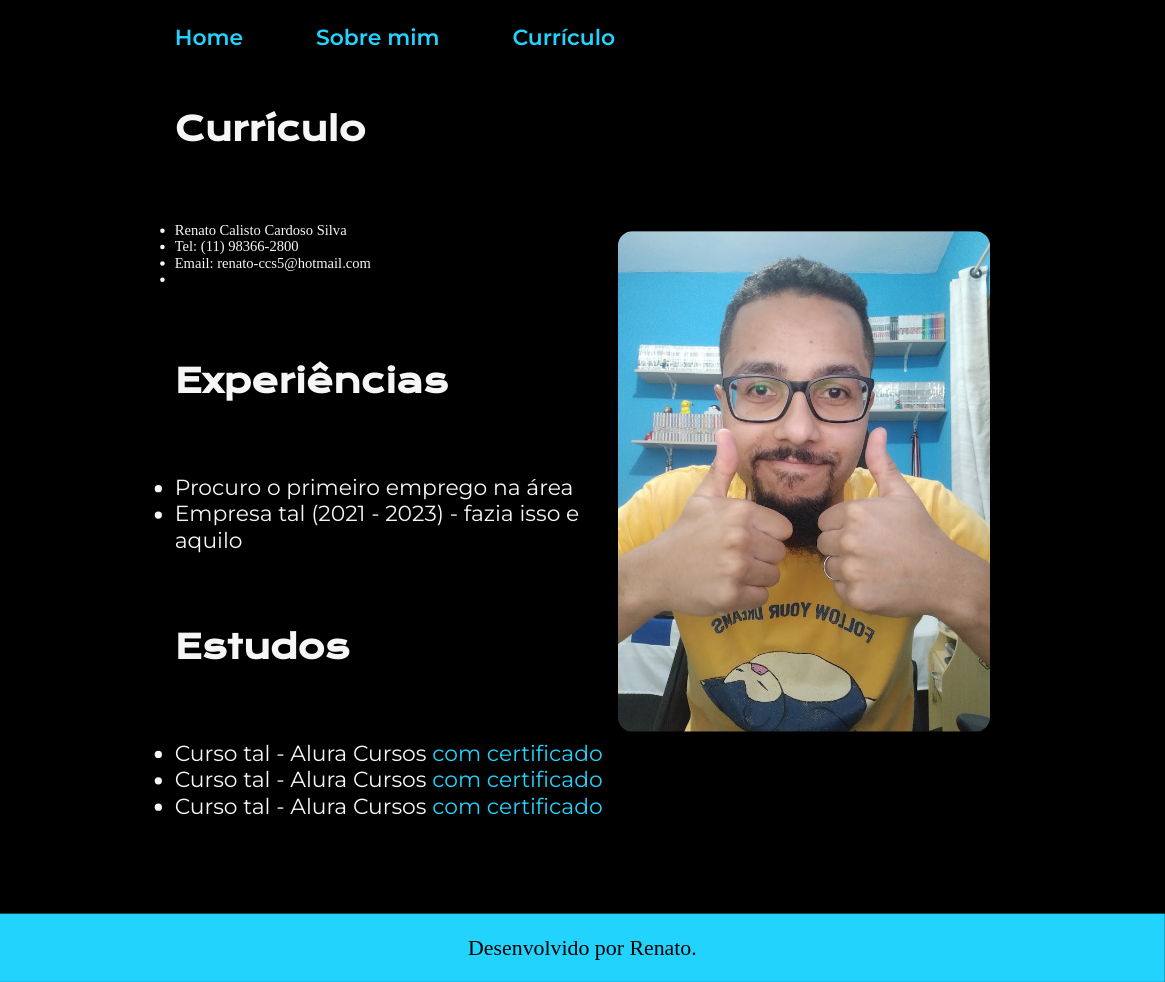
Repository: RenatoCCS/Portfolio_Alura
Page: curriculo.html
The author's editor kept a copy of each file at every save. The page is drawn from the files as they stood at one save, then again after the next save.
The browser window is 1280 px wide. The pictures show the whole page, at 91% of full size.

Above is the page before, as saved 2023-03-06 20:26:40.

### curriculo.html
<!DOCTYPE html>
<html lang="pt-br">
  <head>
    <meta charset="UTF-8" />
    <meta http-equiv="X-UA-Compatible" content="IE=edge" />
    <meta name="viewport" content="width=device-width, initial-scale=1.0" />
    <title>Currículo</title>
    <link rel="stylesheet" href="./styles/style.css" />
  </head>

  <body>
    <header class="cabecalho">
      <nav class="cabecalho__menu">
        <a class="cabecalho__menu__link" href="index.html">Home</a>
        <a class="cabecalho__menu__link" href="about.html">Sobre mim</a>
        <a class="cabecalho__menu__link" href="curriculo.html">Currículo</a>
      </nav>
    </header>

    <main class="apresentacao">
      <section class="apresentacao__conteudo">
          <h1 class="apresentacao__conteudo__titulo">Currículo</h1>
          <p class="apresentacao__conteudo__texto">
              <ul>
                <li>Renato Calisto Cardoso Silva</li>
                <li>Tel: (11) 98366-2800</li>
                <li>Email: renato-ccs5@hotmail.com</li>
                <li></li>
              </ul>
          </p>
          <h2 class="apresentacao__conteudo__titulo">Experiências</h2>
          <p class="apresentacao__conteudo__texto">
          <ul class="apresentacao__conteudo__texto">
              <li> Procuro o primeiro emprego na área </li>
              <li> Empresa tal (2021 - 2023) - fazia isso e aquilo </li>
          </ul>
          </p>
          <h2 class="apresentacao__conteudo__titulo">Estudos</h2>
          <p class="apresentacao__conteudo__texto">
          <ul class="apresentacao__conteudo__texto">
              <li>Curso tal - Alura Cursos <a href="linkdocertificado">com certificado</a> </li>
              <li>Curso tal - Alura Cursos <a href="linkdocertificado">com certificado</a></li>
              <li>Curso tal - Alura Cursos <a href="linkdocertificado">com certificado</a></li>
          </ul>
          </p>
      </section>
      <img class="apresentacao__foto"
      src="./assets/renato.jpg" alt="Foto da Joana Santos programando">
  </main>

    <footer class="rodape"><p>Desenvolvido por Renato.</p></footer>
  </body>
</html>

### styles/style.css
@import url('https://fonts.googleapis.com/css2?family=Krona+One&family=Montserrat:wght@400;600&display=swap');

* {
  margin: 0;
  padding: 0;
}

body {
  /* height: 100vh; */
  box-sizing: border-box;
  background-color: #000000;
  color: #f6f6f6;
}

.cabecalho {
  padding: 2% 0% 0% 15%;
}

.cabecalho__menu {
  display: flex;
  gap: 80px;
}

.cabecalho__menu__link {
  font-family: 'Montserrat', sans-serif;
  font-size: 24px;
  font-weight: 600;
  color: #22d4fd;
  text-decoration: none;
}

.apresentacao {
  padding: 5% 15%;
  display: flex;
  align-items: center;
  justify-content: space-between;
}

.apresentacao__conteudo {
  width: 615px;
  display: flex;
  flex-direction: column;
  gap: 40px;
}

.apresentacao__conteudo__titulo {
  font-size: 36px;
  font-family: 'Krona One', sans-serif;
}

.titulo-destaque {
  color: #22d4fd;
}

.apresentacao__conteudo__texto {
  font-size: 24px;
  font-family: 'Montserrat', sans-serif;
}

.apresentacao__conteudo__texto a {
  text-decoration: none;
  color: #22d4fd;
}

.apresentacao__links {
  display: flex;
  flex-direction: column;
  justify-content: space-between;
  align-items: center;
  gap: 32px;
}

.apresentacao__links__subtitulo {
  font-family: 'Krona One', sans-serif;
  font-weight: 400;
  font-size: 24px;
}

.apresentacao__links__link {
  /* background-color: #22d4fd; foi trocado o estilo*/
  display: flex;
  justify-content: center;
  gap: 16px;
  border: 2px solid #22d4fd;
  width: 378px;
  text-align: center;
  border-radius: 8px;
  font-size: 24px;
  font-weight: 600;
  padding: 21.5px 0;
  text-decoration: none;
  color: #f6f6f6;
  font-family: 'Montserrat', sans-serif;
}

.apresentacao__links__link:hover {
  background-color: #272727;
}

/*Utilizei minha foto e fui adaptando de acordo com o tamanho da outra foto*/
.apresentacao__foto {
  height: 550px;
  width: 490px;
  left: 1032px;
  top: 253px;
  border-radius: 16px;
}

.rodape {
  padding: 24px;
  color: #000000;
  background-color: #22d4fd;
  text-align: center;
  font-family: 'Montserrat' sans-serif;
  font-size: 24px;
  font-weight: 400;
}

After the next save:
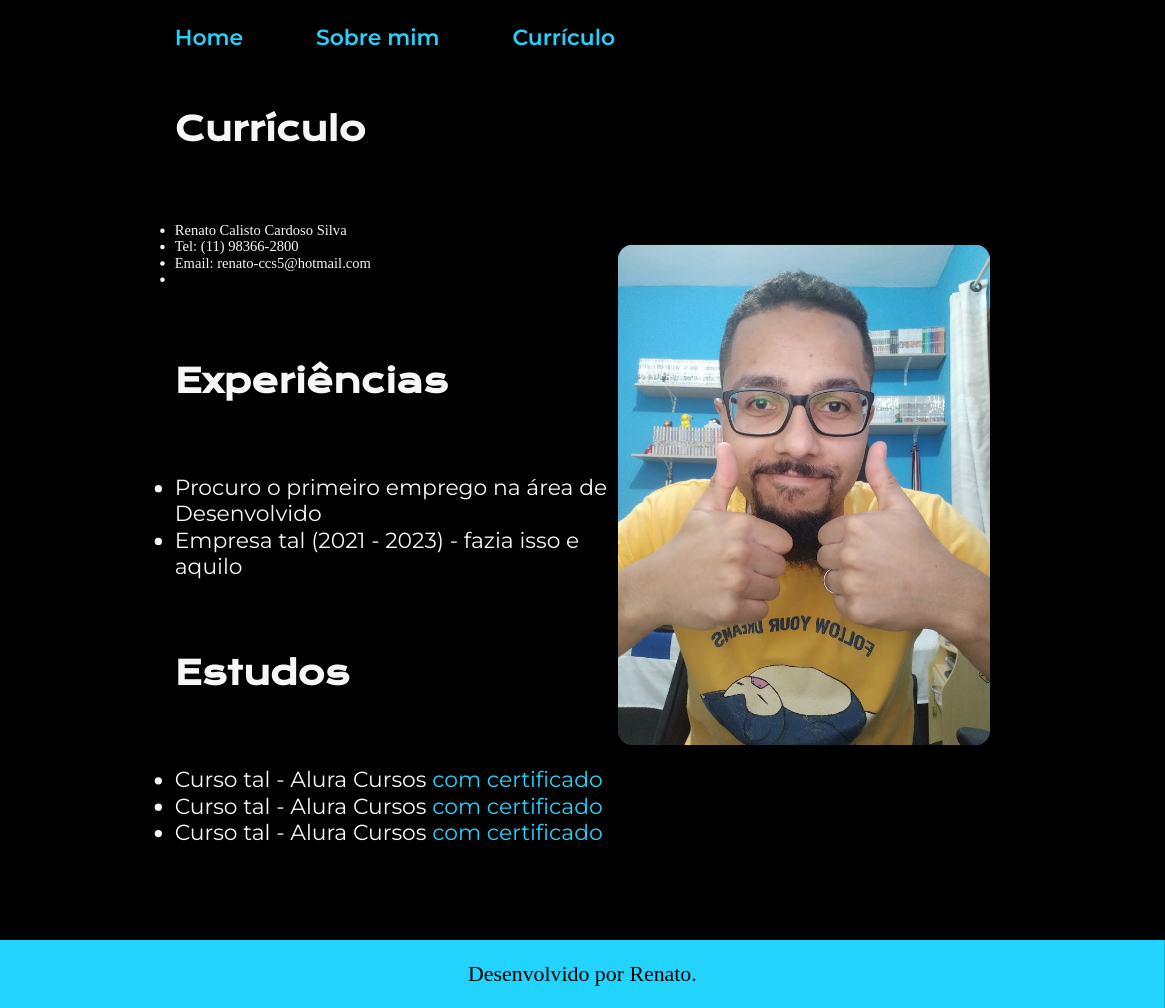
Saved 6 s later.
--- a/curriculo.html
+++ b/curriculo.html
@@ -31,7 +31,7 @@
           <h2 class="apresentacao__conteudo__titulo">Experiências</h2>
           <p class="apresentacao__conteudo__texto">
           <ul class="apresentacao__conteudo__texto">
-              <li> Procuro o primeiro emprego na área </li>
+              <li> Procuro o primeiro emprego na área de Desenvolvido </li>
               <li> Empresa tal (2021 - 2023) - fazia isso e aquilo </li>
           </ul>
           </p>
